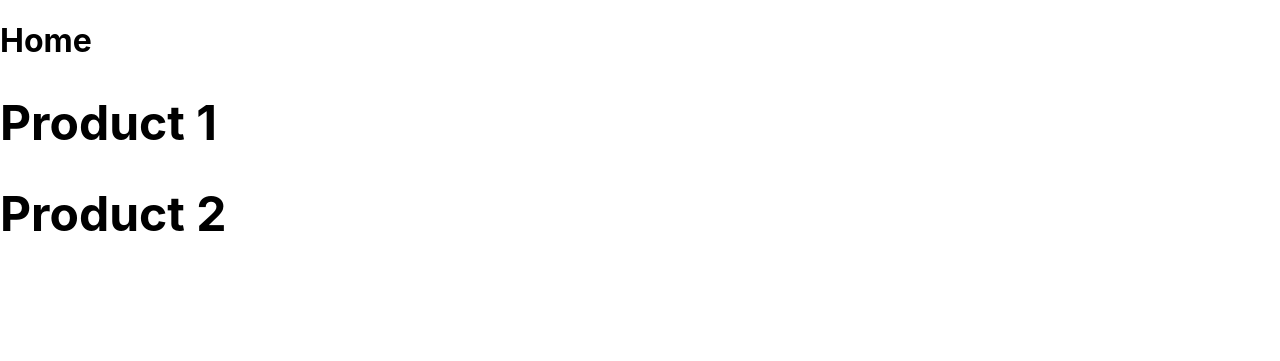
Repository: OmniaRafat232111121/NextJsTutrials
Page: /product
An editor plug-in stored every save of this project. The page is shown before and after a run of saves, followed by the edit.
The browser window is 1280 px wide. The pictures show the whole page.
The project was rebuilt for these pictures with package versions that can differ from the ones it lists, and the page was loaded fresh each time. The framework's server and built-in components were replaced by stand-ins that run in the browser. Also part of the build but not shown: next.config.js.

Above is the page before, as saved 2022-11-13 12:35:59.

After the next 7 saves:
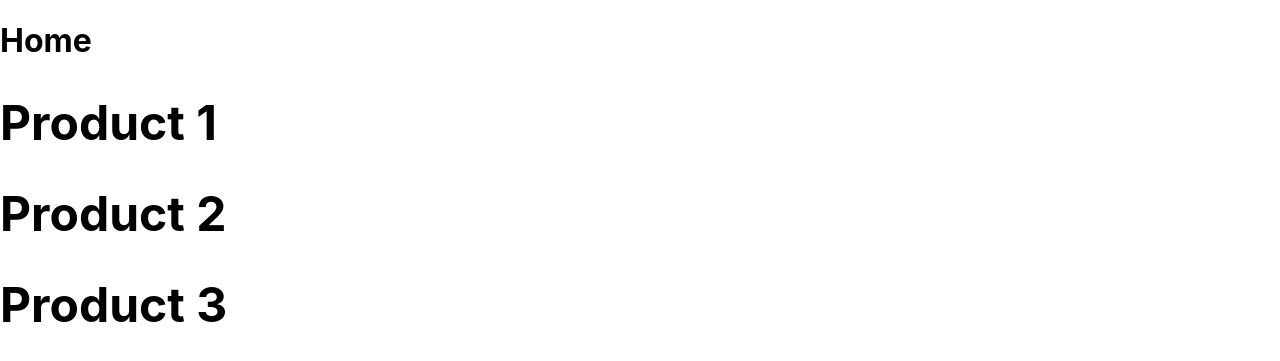
The 7 saves are shown as one change because they came seconds apart.
The last was saved 98 s later.
--- a/pages/product/index.js
+++ b/pages/product/index.js
@@ -1,7 +1,7 @@
 import Link from 'next/link'
 import React from 'react'
 
-const productList = () => {
+const productList = ({}) => {
   return (
     <>
       <Link href="/">
@@ -17,6 +17,12 @@ const productList = () => {
           <h1>Product 2</h1>
         </Link>
       </h2>
+                <h2>
+        <Link href="/product/3">
+          <h1>Product 3</h1>
+        </Link>
+      </h2>
+
 
     </>
   )
